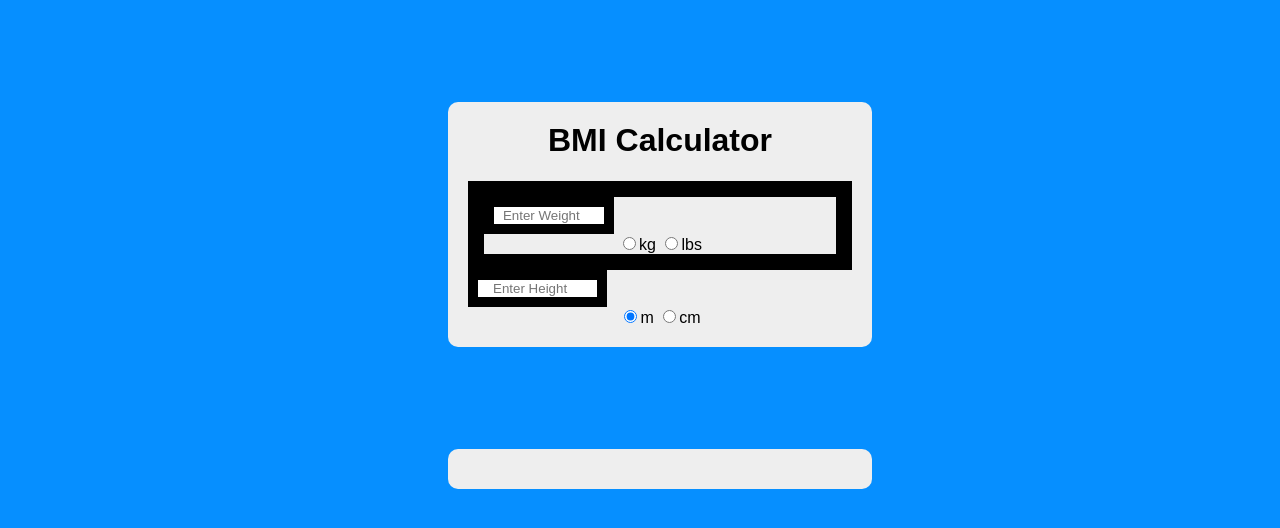
Repository: shayanabedi98/bmi-calculator
Page: index.html
An editor plug-in stored every save of this project. The page is shown before and after the next save, followed by the edit.
The browser window is 1280 px wide. The pictures show the whole page.

Above is the page before, as saved 2023-07-24 13:48:33.

After the next save:
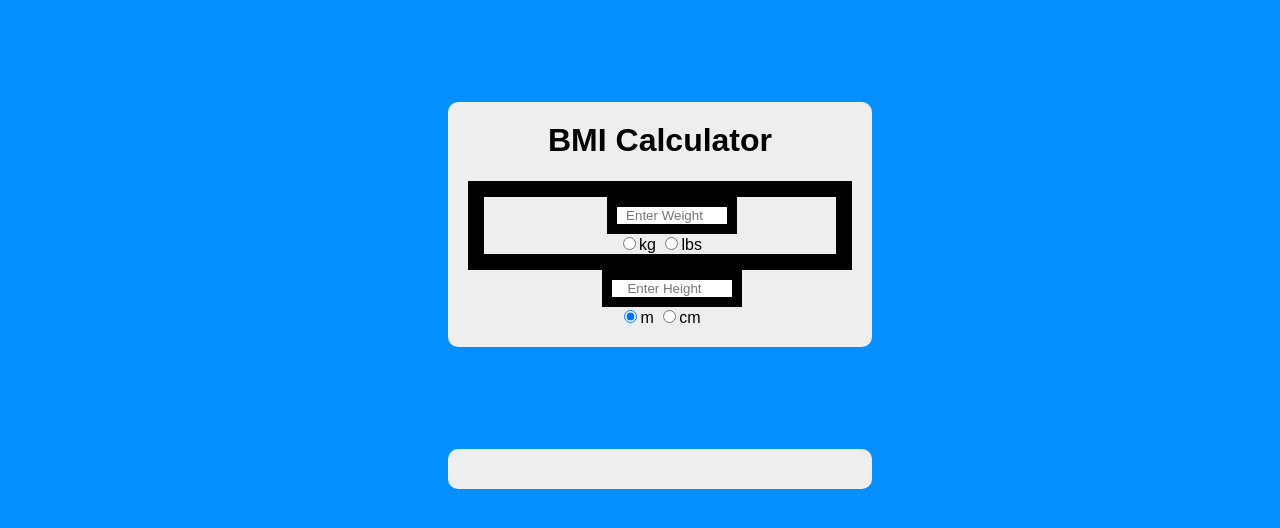
Saved 10 s later.
--- a/styles.css
+++ b/styles.css
@@ -25,6 +25,7 @@ input[type='number'] {
     text-align: center;
     border: 10px solid;
     width: 30%;
+    margin-left: 35%;
 }
 
 h1 {
